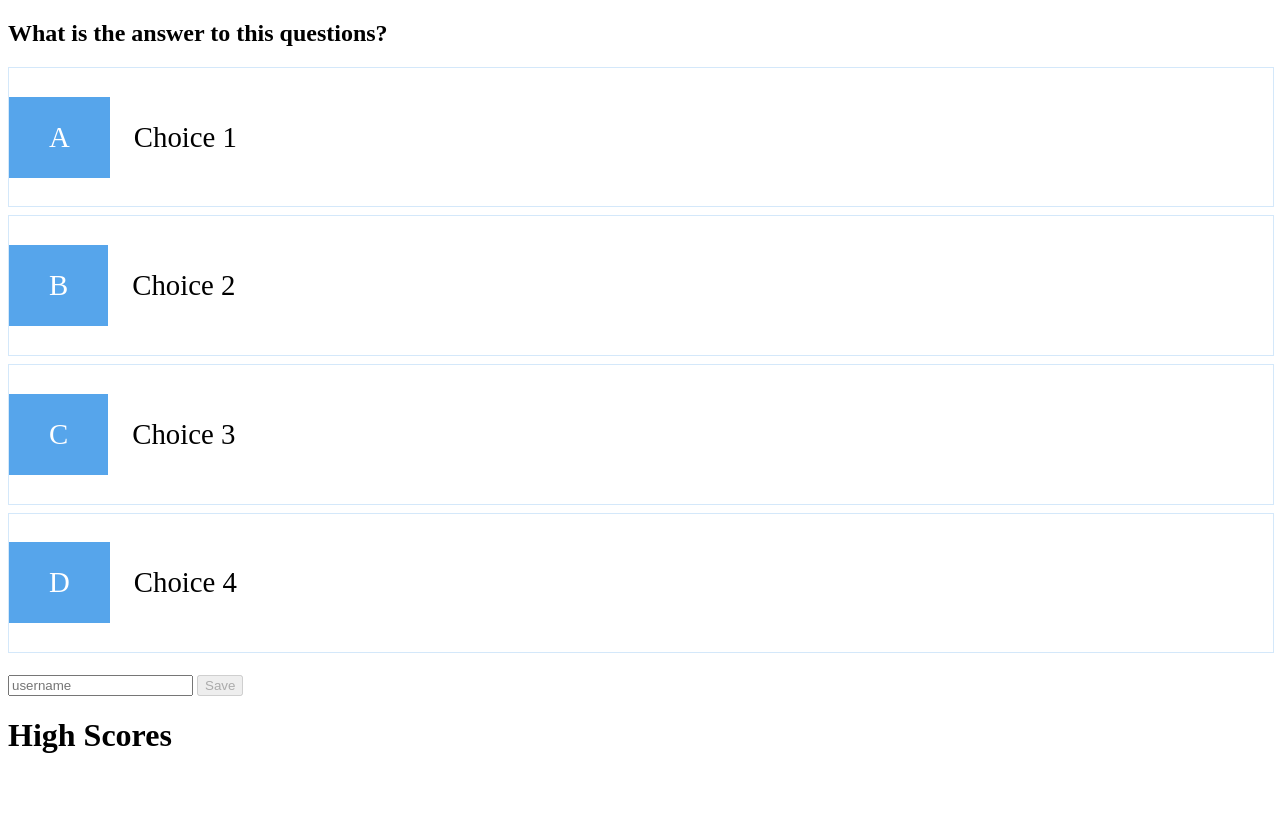
Repository: Q1ngQode/Briana-s-Quiz-App
Page: index.html
An editor plug-in stored every save of this project. The page is shown before and after the next save, followed by the edit.
The browser window is 1280 px wide. The pictures show the whole page.

Above is the page before, as saved 2022-08-08 22:50:31.
Not found: highscores.js

After the next save:
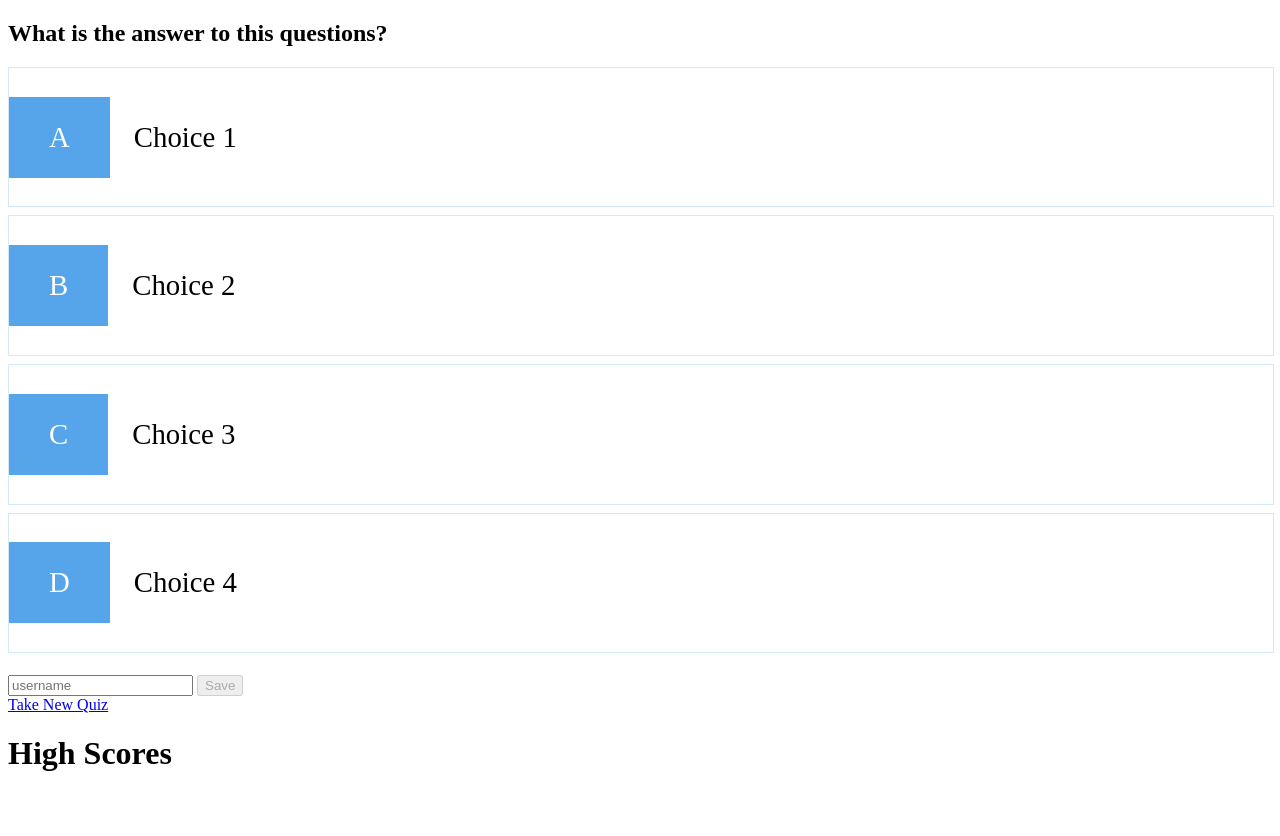
Saved 8 s later.
--- a/index.html
+++ b/index.html
@@ -60,7 +60,7 @@
             Save
           </button>
         </form>
-        <a class="btn" href="/index.html"></a>
+        <a class="btn" href="/index.html">Take New Quiz</a>
       </div>
     </div>
     <script src="end.js"></script>
